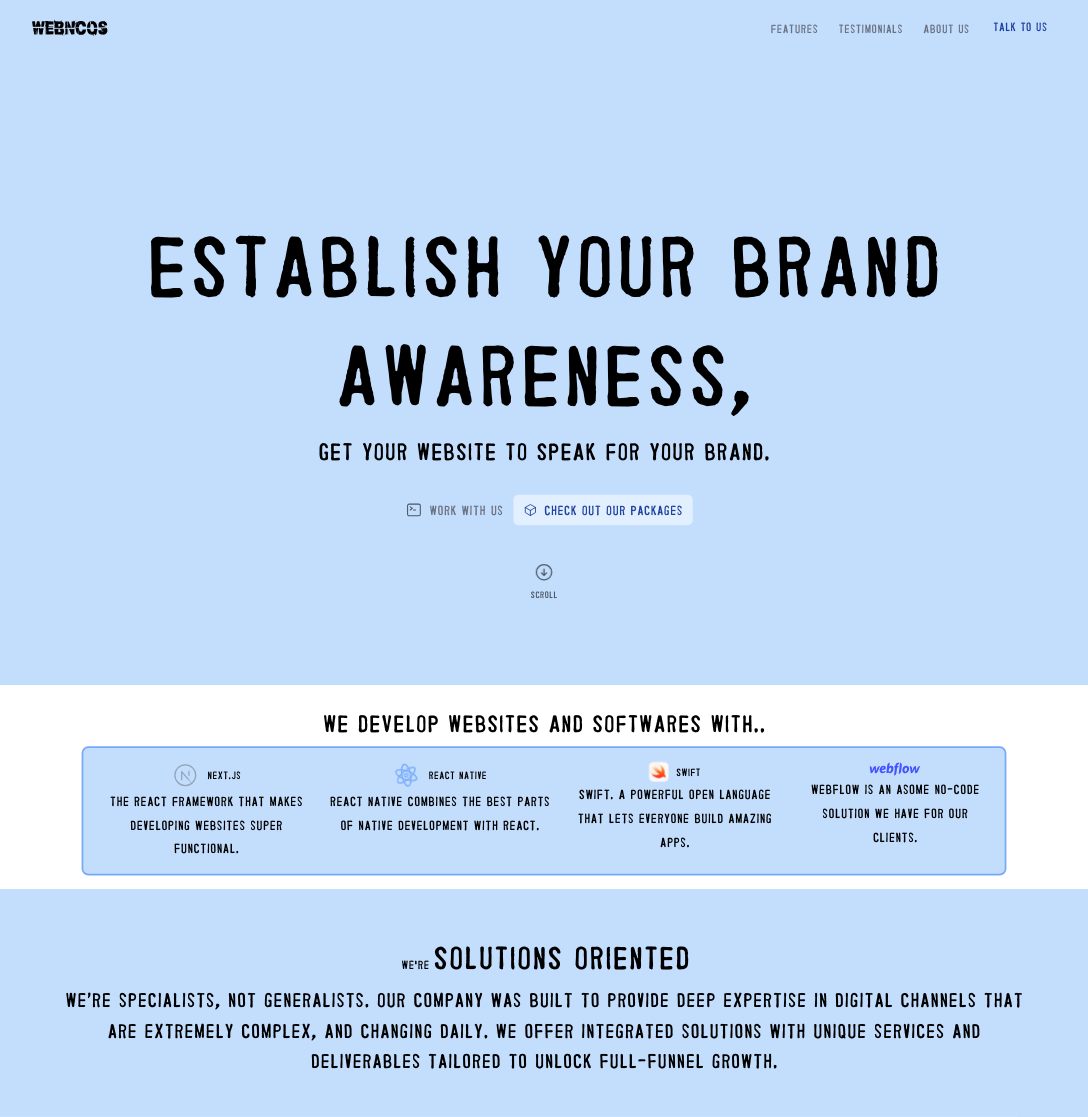
Repository: 1realjulius/webncos
Page: /
These files come from the project's save history. The page is drawn as it stood at one moment and after the next save; the edit follows.
The browser window is 1280 px wide. The pictures show the whole page, at 85% of full size.
The project was rebuilt for these pictures with package versions that can differ from the ones it lists, and the page was loaded fresh each time. The framework's server and built-in components were replaced by stand-ins that run in the browser. Also part of the build but not shown: next.config.js.

Above is the page before, as saved 2022-09-02 13:06:27.

After the next save:
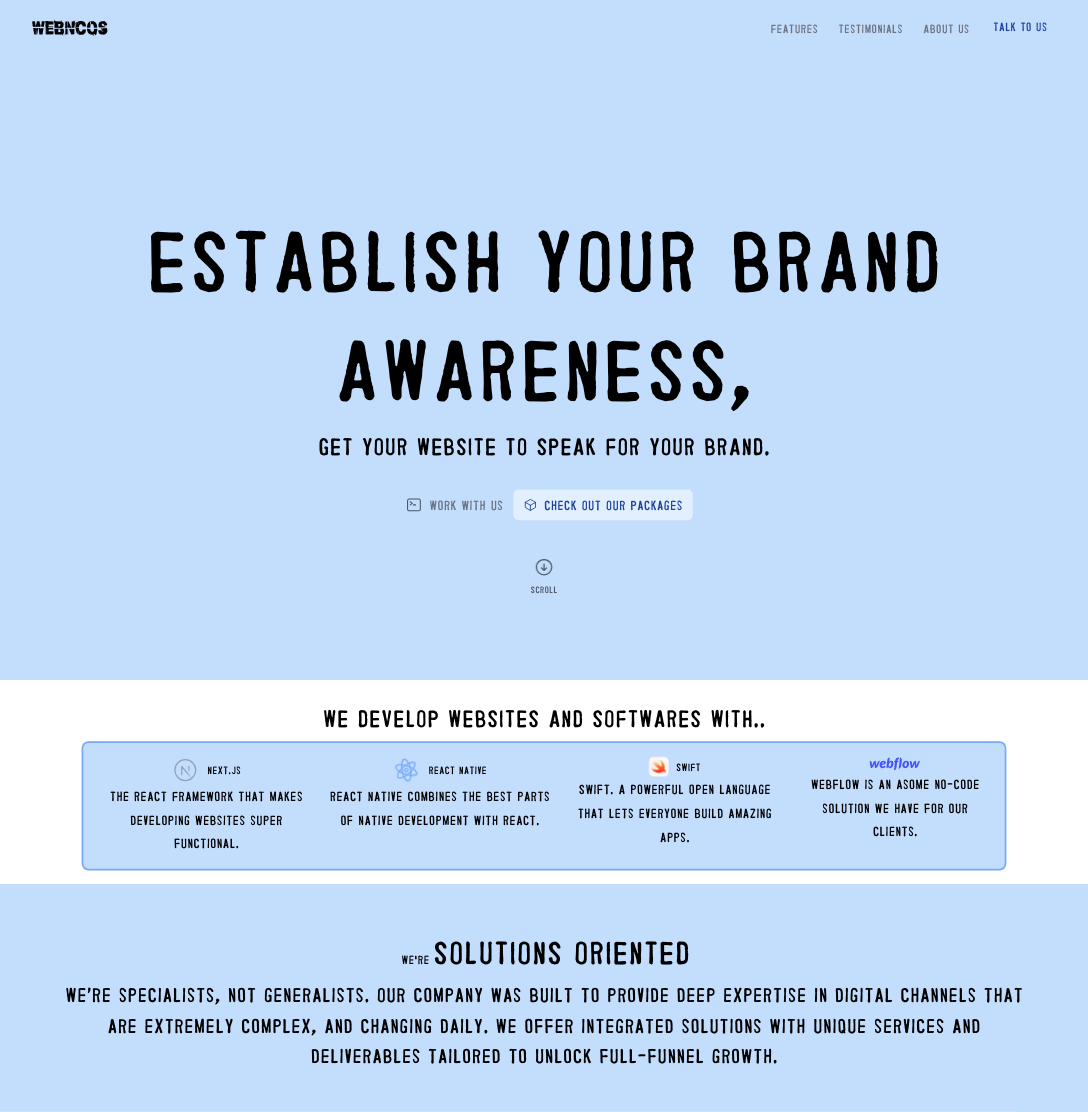
Saved 13 s later.
--- a/components/MainHome.tsx
+++ b/components/MainHome.tsx
@@ -9,7 +9,7 @@ const MainHome = () => {
     <div className="max-w-7xl">
       {/* header */}
       <div className="md:my-20">
-        <div className=" flex flex-col items-center justify-center mt-[166px] mb-4">
+        <div className=" flex flex-col items-center justify-center mt-[160px] mb-4">
           <div className="pt-4 pb-2">
             <h1 className="text-6xl md:text-9xl text-center font-parcel px-2">
               ESTABLISH YOUR BRAND AWARENESS,
